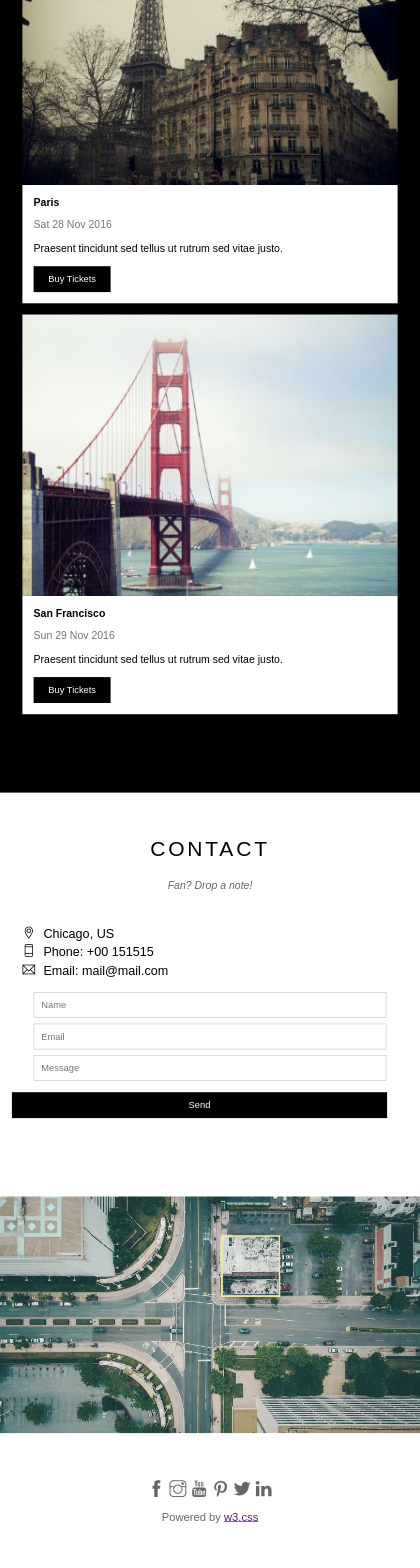
Repository: funboy13/webnew
Page: index.html
These files come from the project's save history. The page is drawn as it stood at one moment and after the next save; the edit follows.
The browser window is 600 px wide. The pictures show the part of the page from y = 3116 to 5356 px (the page is 5356 px tall), at 70% of full size.

Above is the page before, as saved 2021-08-21 09:34:11.

After the next save:
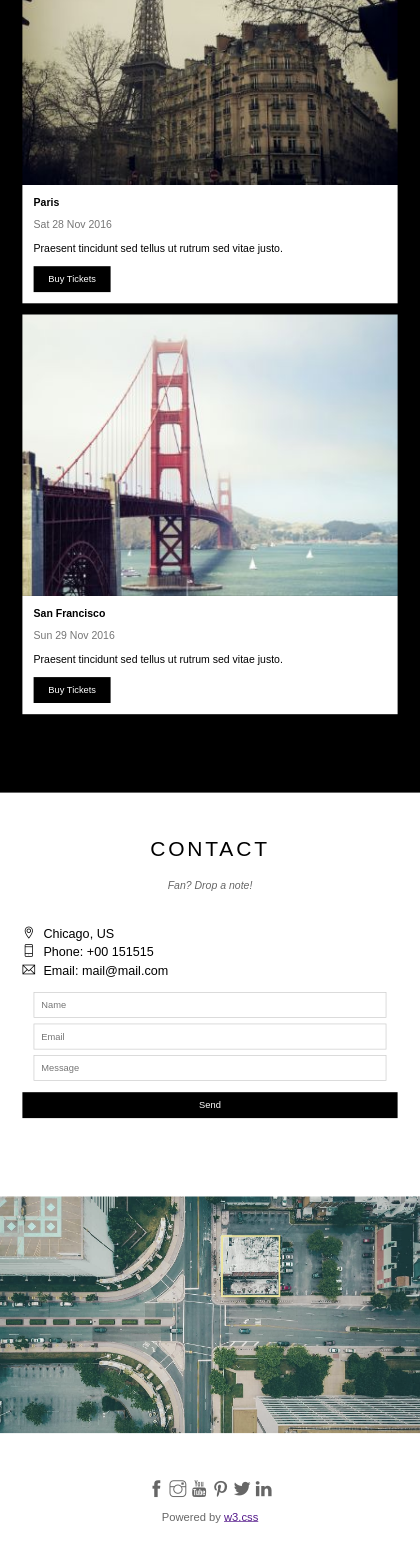
Saved 11 min 33 s later.
--- a/assets/css/responsive.css
+++ b/assets/css/responsive.css
@@ -47,4 +47,7 @@
     .contact-form{
         margin-top: 16px;
     }
+    .contact-form .form-submit{
+        margin-right: 0px;
+    }
 }
